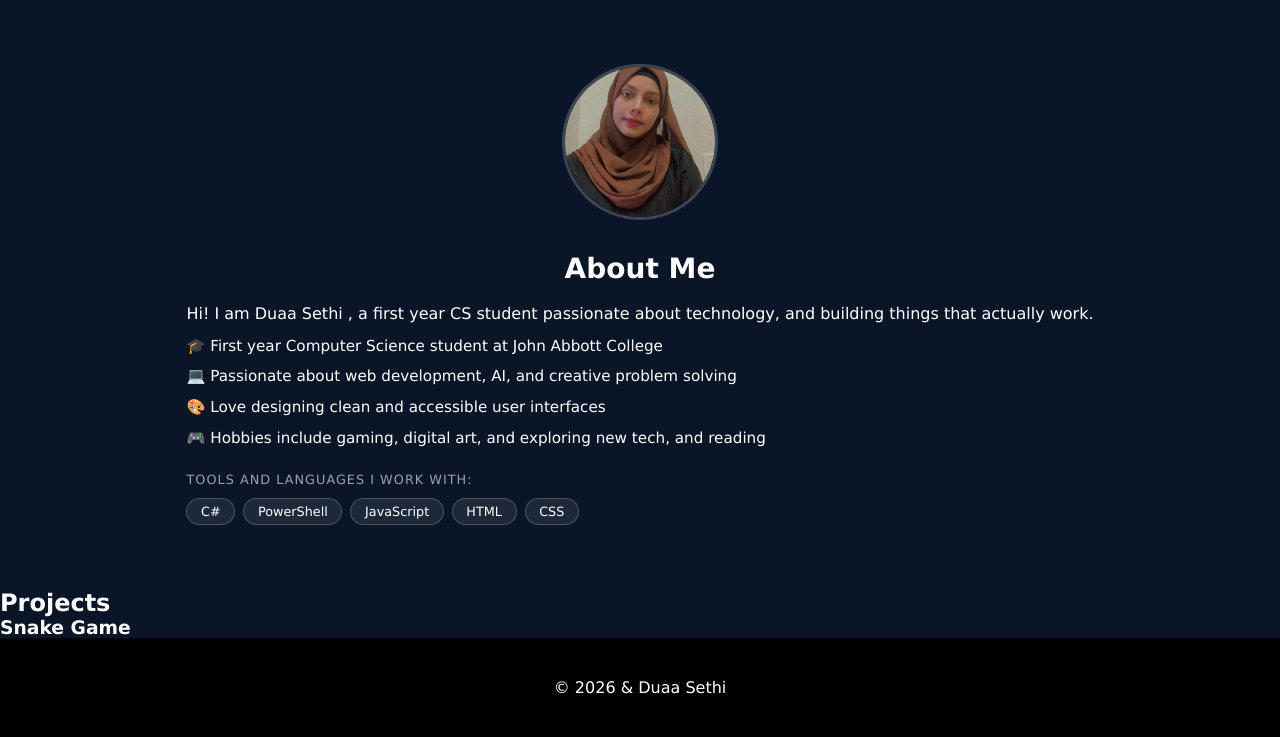
Repository: Duaa-Sethi/Duaa-Sethi
Page: index.html
The author's editor kept a copy of each file at every save. The page is drawn from the files as they stood at one save, then again after the next save.
The browser window is 1280 px wide. The pictures show the part of the page from y = 835 to 1642 px (the page is 1572 px tall before and 1642 px after).
Some web fonts or font styles are not loaded; a fallback is used.

Above is the page before, as saved 2026-05-02 15:08:58.

After the next save:
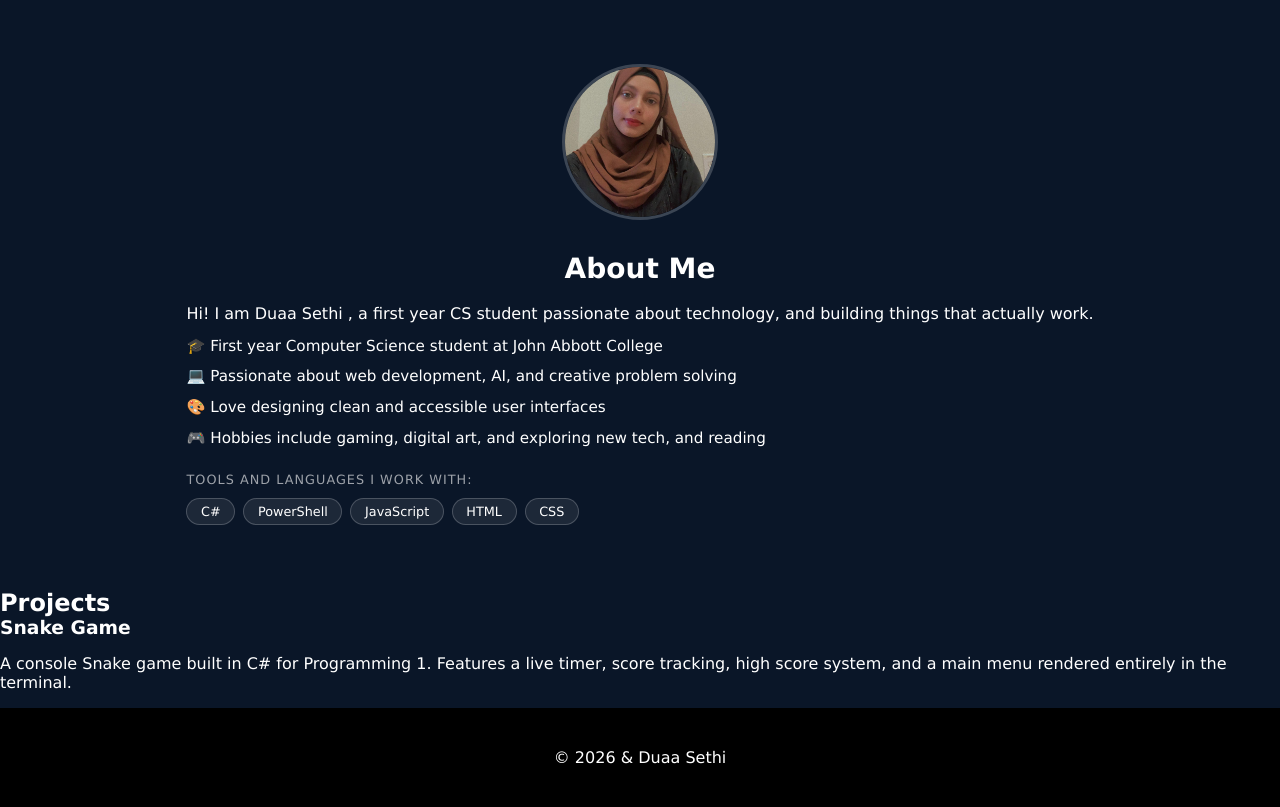
Saved 16 s later.
--- a/index.html
+++ b/index.html
@@ -66,6 +66,11 @@
       <div class="cards">
         <article class="card">
           <h3>Snake Game</h3>
+          <p>
+            A console Snake game built in C# for Programming 1. Features a live
+            timer, score tracking, high score system, and a main menu rendered
+            entirely in the terminal.
+          </p>
         </article>
       </div>
     </section>
